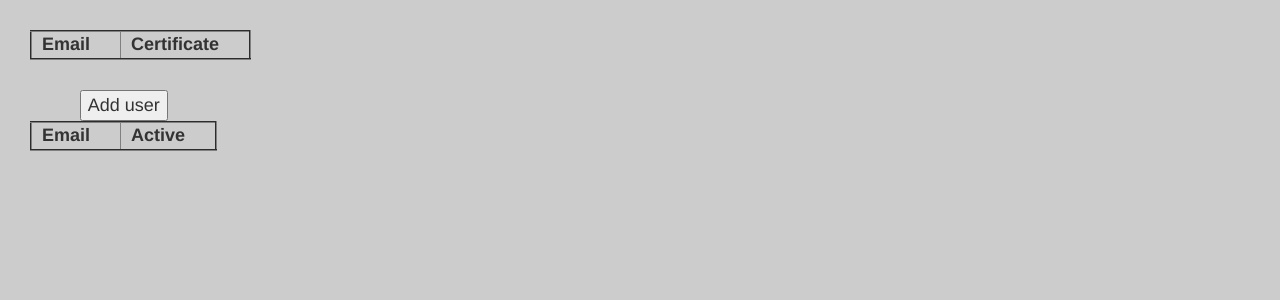
Repository: marijabroceta/ProjekatIB
Page: IB_Project_Shell/src/main/resources/static/main_page.html
These files come from the project's save history. The page is drawn as it stood at one moment and after the next save; the edit follows.
The browser window is 1280 px wide. The pictures show the whole page.
The page's requests for data from a server got no answer.

Above is the page before, as saved 2018-06-30 19:01:00.

### IB_Project_Shell/src/main/resources/static/main_page.html
<!DOCTYPE html>
<html>
<head>
	<title>Main</title>
	<script src="js/jquery-2.1.4.min.js"></script>
	<link rel="stylesheet" type="text/css" href="bootstrap/css/bootstrap.min.css"/>
    <script src="bootstrap/js/bootstrap.min.js"></script>
    <link rel="stylesheet" type="text/css" href="css/main_page.css">
    <script src="js/main_page.js" type="text/javascript"></script>
</head>
<body>
	<div id="table">
		<table id="users_table" border="2">
			<tr>
				<th>Email</th>
				<th>Certificate</th>
			</tr>
		</table>
		<div id="buttons">
			<button id="add_user">Add user</button>
			<button id="activate_user">Activate user</button>
		</div>

		<div id="add_form">
			<form name="add_user_form" method="post" id="add_user_form">
		       	<label for="email">Email</label>
		 		<input type="text" id="email" name="email"><br>
		 		<label for="password">Password</label>
		 		<input type="password" id="password" name="password"><br>
		 		<input type="submit" name="submit" id="submit" value="submit" class="button" /><br>
		 		<input type="button" name="cancel" id="cancel" value="cancel" class="button" />
	    	</form>
		</div>
		<div id="table_inactive">
			<table id="users_inactive" border="2">
			<tr>
				<th>Email</th>
				<th>Active</th>
			</tr>
		</table>
		</div>
	</div>

</body>
</html>

### IB_Project_Shell/src/main/resources/static/css/main_page.css
#table{
	/*position: absolute;
    top: 20%;
    left: 30%;
    right: 30%;
    bottom: 20%;*/
    margin-top: 30px;
    margin-left: 30px;
    font-size: 18px;
}

th{
	padding-right: 30px;
	padding-left: 10px;
}

body {
    text-align: center;
    background: #ccc;
}

#buttons{
	margin-top: 30px;
	margin-right: 85%;
}



#add_form{
	margin-top: 30px;
}

label,input {
 display: block;
width: 200px;
 float: left;
 margin-left: 20px;
 margin-bottom: 10px;

}

label {
 text-align: right;
 width: 75px;
 padding-right: 20px;

}

br {
 clear: left;
}

#submit,#cancel{
	margin-left:115px;
}

### IB_Project_Shell/src/main/resources/static/js/main_page.js
$(document).ready(function(){

	var token = localStorage.getItem("token");
	console.log(token);
	var logged = null;
	var activate_user = $('#activate_user');
	$('#add_form').hide();
	activate_user.hide();

	$.ajax({
		url: "https://localhost:8443/api/users/logged",
		type: 'GET',
		headers: { "Authorization": "Bearer " + token},
		contentType : "application/json",
		dataType:'json',
		crossDomain: true,
		success : function(response) {

			console.log("logged " + response.authorities[0].name);
			logged = response;
			if(logged.authorities[0].name == "ADMIN"){
				activate_user.show();
				activate_user.on('click',function(e){
					$.ajax({
						headers:{"Authorization" :"Bearer " + token},
						contentType: 'application/json',
						type: 'GET',
						dataType:'json',
						crossDomain: true,
						url:'https://localhost:8443/api/users/inactive',
						success:function(response){

						}
					});
				});
			}
		},
		error: function (jqXHR, textStatus, errorThrown) {
			console.log(jqXHR.status);
			console.log(jqXHR);

		}
	});


	$.ajax({

		headers:{"Authorization" :"Bearer " + token
			},
		contentType: 'application/json',
		type: 'GET',
		dataType:'json',
		crossDomain: true,
		url:'https://localhost:8443/api/users',
		success:function(response){
			table_header();
			var table = $('#users_table');
			for(var i=0; i<response.length; i++) {
				user = response[i];
				console.log(user);
				table.append('<tr class="data">'+
								'<td>'+user.email+'</td>'+
								'<td>'+user.authorities[0].name+'</td>'+
								'<td><button class="btn btn-default">Download</button></td>'+
							'</tr>');
			}
		},
		error: function (jqXHR, textStatus, errorThrown) {
			console.log(jqXHR);
			alert(textStatus);
		}
	});




	$('#add_user').on('click',function(e){
		$('#add_form').show();
		e.preventDefault();
		return false;
	});

	$('#cancel').on('click',function(e){
		$('#add_form').hide();
		e.preventDefault();
		return false;
	});

	$('input#submit').on('click',function(e){

		console.log("submit");
		var email = $('#email').val().trim();
		var password = $('#password').val().trim();

		var data = {
				'email':email,
				'password':password
			}
			console.log(data);
		$.ajax({
				type: 'POST',
		        contentType: 'application/json',
		        headers:{"Authorization" :"Bearer " + token,
		        	"Access-Control-Allow-Origin": "*"},
		        url: 'https://localhost:8443/api/users/save',
		        data: JSON.stringify(data),
		        dataType: 'json',
		        crossDomain: true,
				cache: false,
				processData: false,
				success:function(response){
					alert("Created");
				},
				error: function (jqXHR, textStatus, errorThrown) {
					console.log(jqXHR);
					alert(textStatus);
				}
		});
		e.preventDefault();
		return false;
	});
});

function table_header(){
	var table = $('#users_table');
	table.empty();
	table.append('<tr>'+
					'<th>Email</th>'+
					'<th>Role</th>'+
					'<th>Certificate</th>'+
				'</tr>');
}

function table_header_inactive(){
	var table = $('#users_inactive');
	table.empty();
	table.append('<tr>'+
					'<th>Email</th>'+
					'<th>Active</th>'+

				'</tr>');
}

function get_users(){

}

Loaded but not shown: IB_Project_Shell/src/main/resources/static/js/jquery-2.1.4.min.js (library); IB_Project_Shell/src/main/resources/static/bootstrap/css/bootstrap.min.css (library); IB_Project_Shell/src/main/resources/static/bootstrap/js/bootstrap.min.js (library)

After the next save:
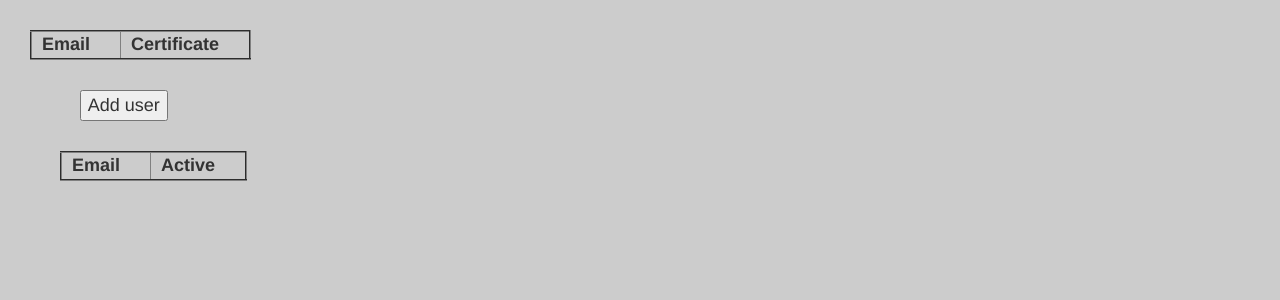
Saved 28 s later.
--- a/IB_Project_Shell/src/main/resources/static/css/main_page.css
+++ b/IB_Project_Shell/src/main/resources/static/css/main_page.css
@@ -5,6 +5,12 @@
     right: 30%;
     bottom: 20%;*/
     margin-top: 30px;
+    margin-left: 30px;
+    font-size: 18px;
+}
+
+#table_inactive{
+	margin-top: 30px;
     margin-left: 30px;
     font-size: 18px;
 }
